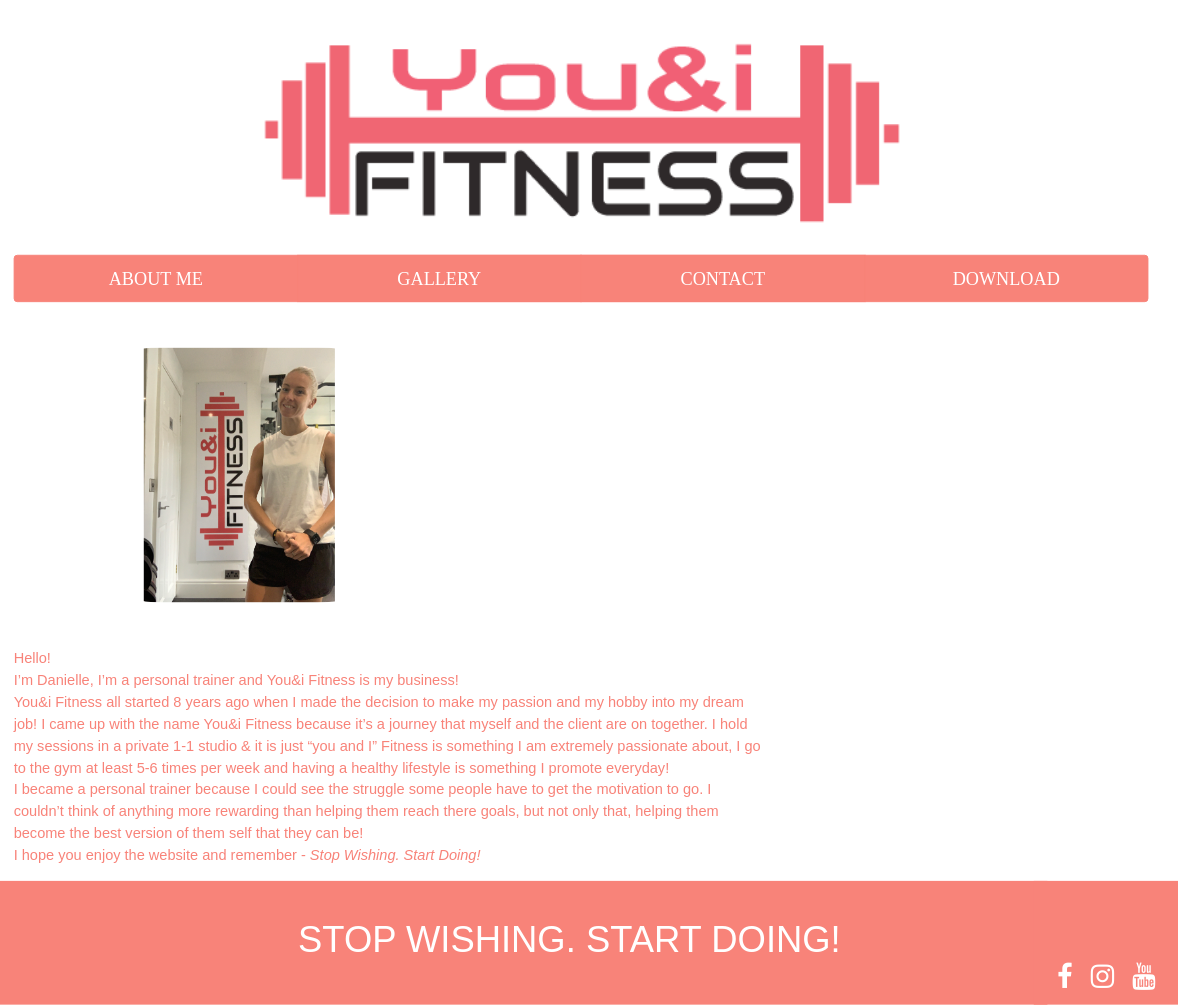
Repository: Code-Institute-Submissions/you-i
Page: pages/index.html
The author's editor kept a record of every edit. The page is drawn from the files as they stood at one moment, then again after the next edit.
The browser window is 1280 px wide. The page is 1295 px wide, so the pictures cover 1295 px, including what lies to the right of the window. The pictures show the whole page, at 91% of full size.
Some web fonts or font styles are not loaded; a fallback is used.

Above is the page before.

### pages/index.html
<!DOCTYPE html>
<html lang="en">

<head>
    <meta charset="UTF-8">
    <meta name="viewport" content="width=device-width, initial-scale=1.0">
    <meta http-equiv="X-UA-Compatible" content="ie=edge">
    <link rel="stylesheet" href="https://stackpath.bootstrapcdn.com/bootstrap/4.3.1/css/bootstrap.min.css" type="text/css" />
    <link rel="stylesheet" href="https://stackpath.bootstrapcdn.com/font-awesome/4.7.0/css/font-awesome.min.css" type="text/css" />
    <link rel="stylesheet" href="https://cdnjs.cloudflare.com/ajax/libs/hover.css/2.3.1/css/hover-min.css" type="text/css" />
    <link href="https://fonts.googleapis.com/css?family=Coda&display=swap" rel="stylesheet">
    <link rel="stylesheet" href="style.css" type="text/css" />
    <title>You&i Fitness</title>
</head>

<body>
    <header class="container-fluid">
        <div class="row">
            <div class="col logo">
            </div>
        </div>
        <div class="row">
            <div class="col">
                <ul id="nav" class="list-group list-group-horizontal navcontainer">
                    <li class="col-6 col-sm-3 list-group-item menuitem">
                        <a href="index.html" class="list-item-background"><span>About Me</span></a>
                    </li>
                    <li class="col-6 col-sm-3 list-group-item menuitem">
                        <a href="gallery.html" class="list-item-background"><span>Gallery</span></a>
                    </li>
                    <li class="col-6 col-sm-3 list-group-item menuitem">
                        <a href="contact.html" class="list-item-background"><span>Contact</span></a>
                    </li>
                    <li class="col-6 col-sm-3 list-group-item menuitem">
                        <a href="download.html" class="list-item-background"><span>Download</span></a>
                    </li>
                </ul>
            </div>
        </div>
    </header>
    <section class="container-fluid">
        <div class="row">
            <div class="col-md-4 headshot">
            </div>
            <div class="col-md-8 paragraph">
                    <p>Hello! </br> I’m Danielle, I’m a personal trainer and You&i Fitness is my business! </br>You&i Fitness all started 8 years ago when I made the decision to make my passion and my hobby into my dream job! I came up with the name You&i Fitness because
                        it’s a journey that myself and the client are on together. I hold my sessions in a private 1-1 studio & it is just “you and I” Fitness is something I am extremely passionate about, I go to the gym at least 5-6 times per week and
                        having a healthy lifestyle is something I promote everyday! </br>I became a personal trainer because I could see the struggle some people have to get the motivation to go. I couldn’t think of anything more rewarding than helping them
                        reach there goals, but not only that, helping them become the best version of them self that they can be!</br> I hope you enjoy the website and remember - <i>Stop Wishing. Start Doing!</i> </p>
                </div>
        </div>


    </section>
    <footer class="container-fluid">
        <div class="row">
            <div class="col footer-color text-center">
                <h1>Stop wishing. Start Doing!</h1>
            </div>
            <div class="row social-links">
                <div class="col social-color">
                    <a href="#" target="_blank">
                    <i class="fa fa-facebook-f social"></i>
                    </a>
                    <a href="#" target="_blank">
                    <i class="fa fa-instagram social"></i>
                    </a>
                    <a href="#" target="_blank">
                    <i class="fa fa-youtube social"></i>
                    </a>
                </div>
            </div>
        </div>
    </footer>
</body>

</html>

### pages/style.css


/*----------header----------*/



.logo{
    background: url(logggooo.png);
    min-height: 280px;
    background-repeat: no-repeat;
    background-size: contain;
    background-position: center;
}

.menuitem{
    text-align: center;
    padding: 10px 10px;
    border-color: #f88379;
    background-color: #f88379;
    font-size: 20px;
    text-transform: uppercase;
    font-family: "coda", cursive;
}

span{
    color: #ffffff;
}

.menuitem a{
    text-decoration: none;
}

span:hover{
    color:#fa0505;
    transition: ease-in-out;
}

/*----------footer----------*/

.footer-color{
    background-color: #f88379;
    color: #ffffff;
    text-align: center;
    padding: 40px;
}

h1{
    font-family: "coda", sans-serif;
    text-transform: uppercase;
    text-align: center;
    padding-left: 100px;
}

.social-color{
    background-color: #f88379;
    float: right;
}


.social-color a i {
    text-decoration: none;
    font-size: 30px;
    float: left;
    padding: 90px 10px 10px 10px;
    color: #ffffff;

}

.social-color a i:hover{
    color:#fa0505;
}

/*----------gallery----------*/

.img1, .img2, .img3, .img4 {
    max-height: 400px;
    max-width: 400px;
    border-radius: 30%;
    padding: 50px;
    margin-left: 100px;
}

/*----------download----------*/

.download-plan a i{
    color: #f88379;
    font-size: 150px;
    text-align: center;
    padding: 100px;
    padding-bottom: 30px;
    padding-top: 60px;
}

.download-plan a i:hover{
    color:#fa0505;
}

.download-text{
    padding-left:160px;
    padding-right:30px;
    padding-bottom: 20px;
    font-family: "coda", sans-serif;
    text-align: center;
    color: #f88379;
}

/*----------contact----------*/

.form {
    padding: 20px 40px;
    color: #f88379;
}

/*----------index----------*/

.headshot {
    background: url(IMG_0739.jpg);
    min-height: 280px;
    background-repeat: no-repeat;
    background-size: contain;
    background-position: center;
    padding: 50px;
    border-radius: 30%;
    margin: 50px;
}

.paragraph {
    font-family:"coda", sans-serif;
    color: #f88379;

}

After the next edit:
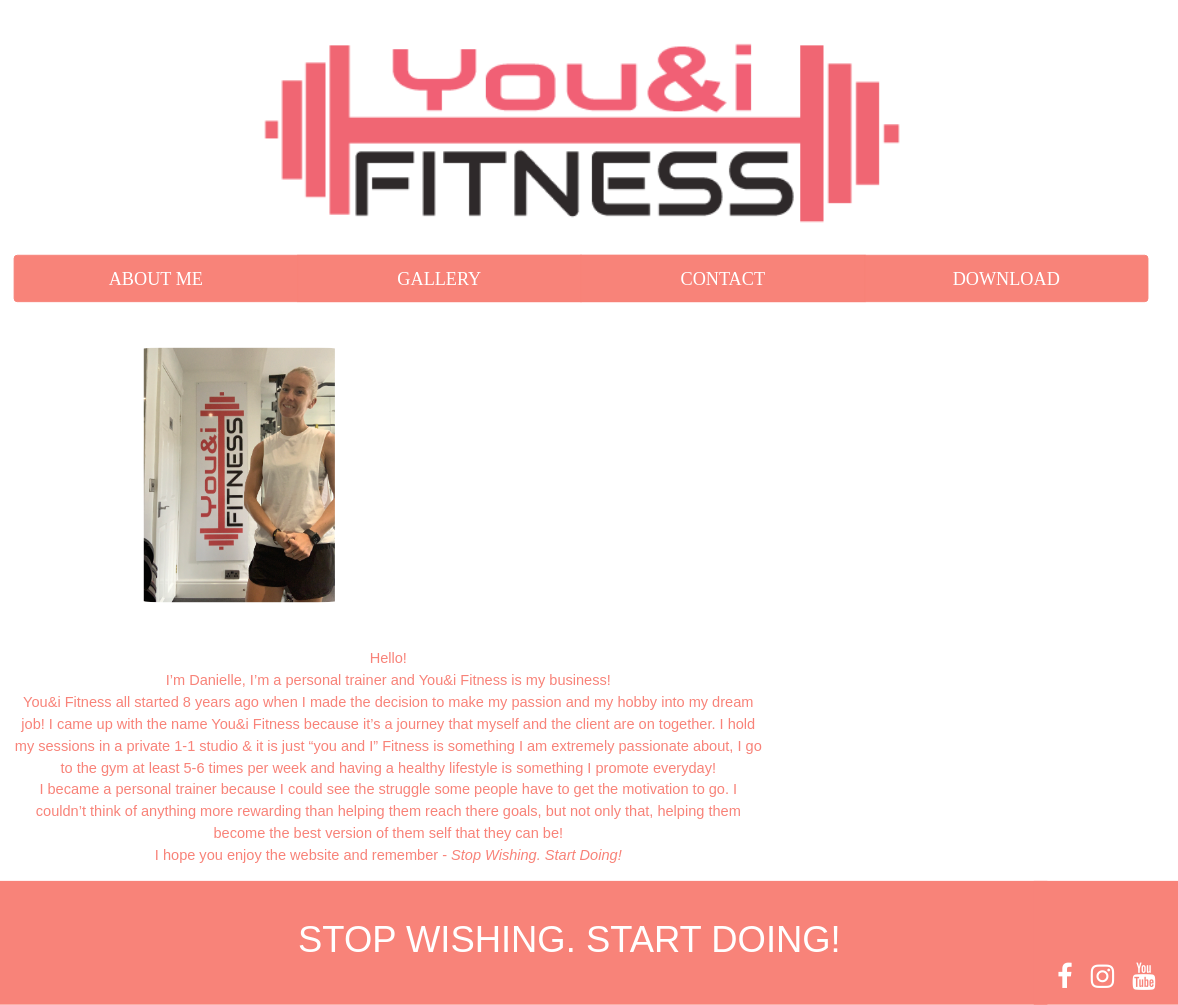
The edit:
--- a/pages/index.html
+++ b/pages/index.html
@@ -42,7 +42,7 @@
         <div class="row">
             <div class="col-md-4 headshot">
             </div>
-            <div class="col-md-8 paragraph">
+            <div class="col-md-8 paragraph text-center">
                     <p>Hello! </br> I’m Danielle, I’m a personal trainer and You&i Fitness is my business! </br>You&i Fitness all started 8 years ago when I made the decision to make my passion and my hobby into my dream job! I came up with the name You&i Fitness because
                         it’s a journey that myself and the client are on together. I hold my sessions in a private 1-1 studio & it is just “you and I” Fitness is something I am extremely passionate about, I go to the gym at least 5-6 times per week and
                         having a healthy lifestyle is something I promote everyday! </br>I became a personal trainer because I could see the struggle some people have to get the motivation to go. I couldn’t think of anything more rewarding than helping them
